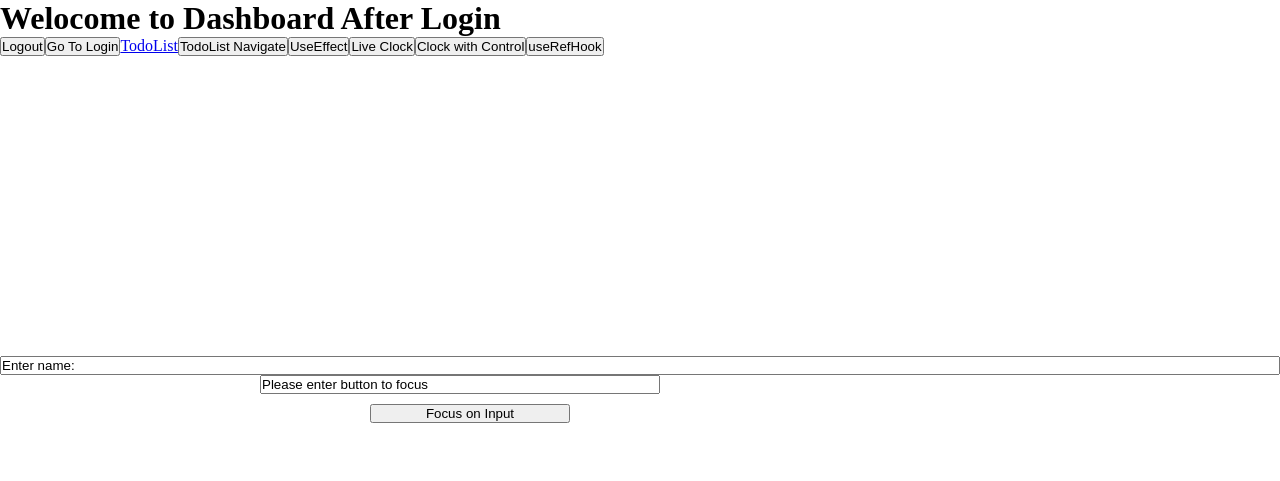
Repository: harshrathore123/ReactPractice
Page: /dashboard/useRefHook (app in my-app/)
These files come from the project's save history. The page is drawn as it stood at one moment and after the next save; the edit follows.
The browser window is 1280 px wide. The pictures show the whole page.
The project was rebuilt for these pictures with package versions that can differ from the ones it lists, and the page was loaded fresh each time. Also part of the build but not shown: my-app/vite.config.js, my-app/src/component/Desctructuing.jsx, my-app/src/component/FirstName.jsx, my-app/src/component/Increment.jsx, my-app/src/component/Event.jsx, my-app/src/component/Form.jsx, my-app/src/component/Rendering.jsx, my-app/src/component/RenderingList.jsx and 7 more.

Above is the page before, as saved 2025-10-13 12:57:43.

### my-app/src/App.jsx
import './App.css';
import Destructuring from './component/Desctructuing';
import FirstName from './component/FirstName';
import Increment from './component/Increment';
import Event from './component/Event';
import Form from './component/Form';
import Rendering from './component/Rendering';
import RenderingList from './component/RenderingList';
import TodoList from './component/TodoList';
import {BrowserRouter, Routes, Route} from 'react-router-dom';
import Products from './component/Products';
import ProductDetails from './component/ProductDetails';
import Login from './component/Login';
import Dashboard from './component/Dashboard';
import UseEffect from './component/use_Effect';
import UseState_UseEffect from './component/Hooks/UseState_UseEffect';
import ClockWithControl from './component/Hooks/ClockWithControl';
import UseRefHook from './component/Hooks/useRefHook';

function App() {
  return (
    <>
    {/* <FirstName name="Harsh Rathore" age="23"/>
    <Destructuring batch="mern" internship_exp="4month"/>
    <Increment/>
    <Event intro="Hi I am harsh rathore"/>
    <Form/>
    <Rendering isLoggedIn={false}/>
    <RenderingList/>

    <TodoList/> */}
  <BrowserRouter>
      <Routes>
        {/* Parent route for products */}
        <Route path="/products" element={<Products />}>
          {/* Nested route inside /products */}
          <Route path=":id" element={<ProductDetails />} />
        </Route>

        <Route path='/login' element={<Login/>}/>
        <Route path='/dashboard' element={<Dashboard/>}>
        {/* Nested another component inside dashboard */}
          <Route path='todolist' element={<TodoList/>}/>
          <Route path='useeffect' element={<UseEffect/>}/>
          <Route path='live_clock' element={<UseState_UseEffect/>}/>
          <Route path='clockwithcontrol' element={<ClockWithControl/>}/>
          <Route path='useRefHook' element={<UseRefHook/>}/>
        </Route>

      </Routes>
    </BrowserRouter>


    </>
  )
}

export default App

### my-app/src/component/Dashboard.jsx
import { Link,Outlet, useNavigate } from "react-router-dom"
export default function Dashboard(){
    const navigate = useNavigate();
    const gotoLogin = () =>{
        navigate('/login');
    }

    const todolistNavigate = () =>{
        navigate('/dashboard/todolist');
    }

    return(
        <>
        <h1>Welocome to Dashboard After Login</h1>

        <button onClick={()=>navigate('/login')}>Logout</button>
        <button onClick={gotoLogin}>Go To Login</button>

        <Link to="todolist">TodoList</Link>
        <button onClick={todolistNavigate}>TodoList Navigate</button>
        <button onClick={()=>navigate('/dashboard/useeffect')}>UseEffect</button>
        <button onClick={()=>navigate('/dashboard/live_clock')}>Live Clock</button>
        <button onClick={()=>navigate('/dashboard/clockwithcontrol')}>Clock with Control</button>
        <button onClick={()=>navigate('/dashboard/useRefHook')}>useRefHook</button>
        <Outlet/>
        </>
    )
}

### my-app/src/component/Hooks/useRefHook.jsx
import { useState } from "react";
import { useRef } from "react"

export default function UseRefHook(){
    const [data,setData] =  useState("");
    const refe = useRef(null);

    const focusInput = () =>{
        refe.current.focus();
        refe.current.value = data;
    }
    return(
        <>
        <div className="coainer" style={{display:"flex",justifyContent:"center",alignContent:"center",marginTop:"300px",flexDirection:"column"}}>
        <input type="text" placeholder="Enter name:" value={data} onChange={(e)=>setData(e.target.value)}/>
        <input ref={refe} type="text" placeholder="Please enter button to focus" style={{width:"400px",marginLeft:"260px"}} />
        <button onClick={focusInput} style={{width:"200px",marginLeft:"370px",marginTop:"10px"}}>Focus on Input</button>
        </div>

        </>
    )
}

### my-app/src/component/TodoList.css
*{
    margin: 0;
    padding: 0;
    box-sizing: border-box;
}

.container{
    width: 100%;
    height: 100vh;
    background-image: url('https://encrypted-tbn0.gstatic.com/images?q=tbn:ANd9GcR6epnd0KtuwAaygjj-Ls7D5RjgwV_ijX_qUQ&s');
    background-repeat: no-repeat;
    background-size: cover;
    position:relative;
}

.todobox{
    width: 400px;
    height: auto;
    position: absolute;
    top: 100px;
    left:200px;
    background: transparent;
    border-radius: 20px;
    box-shadow: 0 0 20px black;
}

#headline{
    text-align: center;
    padding: 20px;
    color: blue;
}

#task{
    width: 350px;
    height: 38px;
    border-radius: 20px;
    border: 2px solid blue;
    position: absolute;
    left: 30px;
    top: 90px;
    padding: 20px;
    outline:none;
}

input::placeholder{
    color: black;
}

input:hover{
    outline: none;
}

.addtask{
    position: absolute;
    top:91px;
    right: 20px;
    width: 80px;
    height: 41px;
    border-radius: 20px;
    border: none;
    padding: 10px;
    background: transparent;
    outline: none;
    cursor: pointer;
    background-color: blue;
    color: white;
}

.ul_list {
  margin-top: 90px;
  list-style: none;
  padding: 30px;
}

.ul_list li {
  padding: 10px;
  background: #f4f4f4;
  margin-bottom: 8px;
  border-radius: 5px;
  display: flex;
  justify-content: space-between;
  align-items: center;
}

Loaded but not shown: my-app/index.html (common file); my-app/src/main.jsx (common file); my-app/src/App.css (common file)

After the next save:
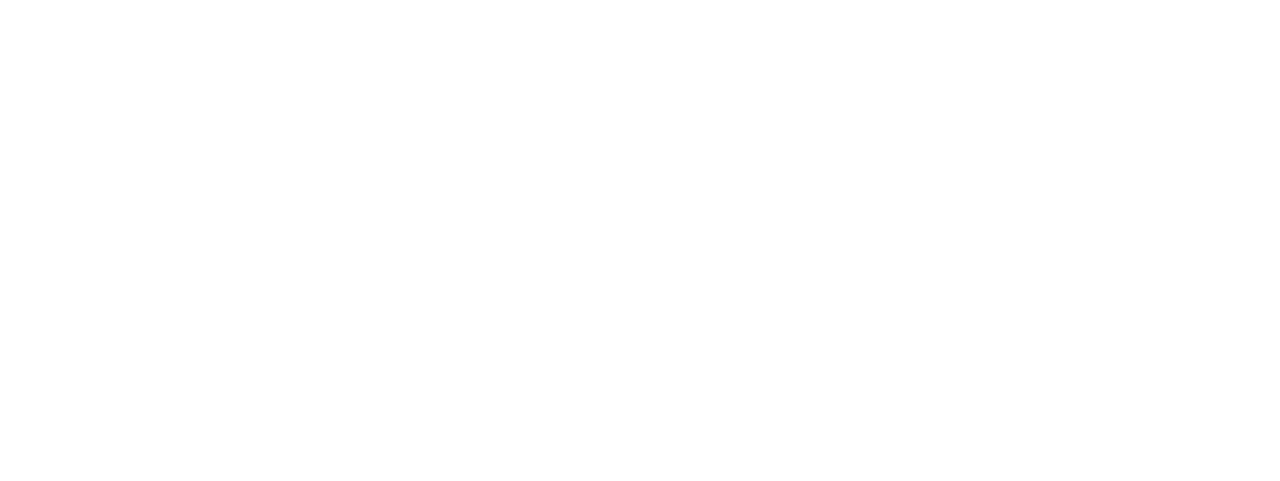
Console error: ReferenceError: handleclick is not defined
Saved 2 min 6 s later.
--- a/my-app/src/component/Hooks/useRefHook.jsx
+++ b/my-app/src/component/Hooks/useRefHook.jsx
@@ -15,6 +15,7 @@
         <input type="text" placeholder="Enter name:" value={data} onChange={(e)=>setData(e.target.value)}/>
         <input ref={refe} type="text" placeholder="Please enter button to focus" style={{width:"400px",marginLeft:"260px"}} />
         <button onClick={focusInput} style={{width:"200px",marginLeft:"370px",marginTop:"10px"}}>Focus on Input</button>
+        <button onClick={handleclick}>Click Me</button>
         </div>
 
         </>

After the save that followed:
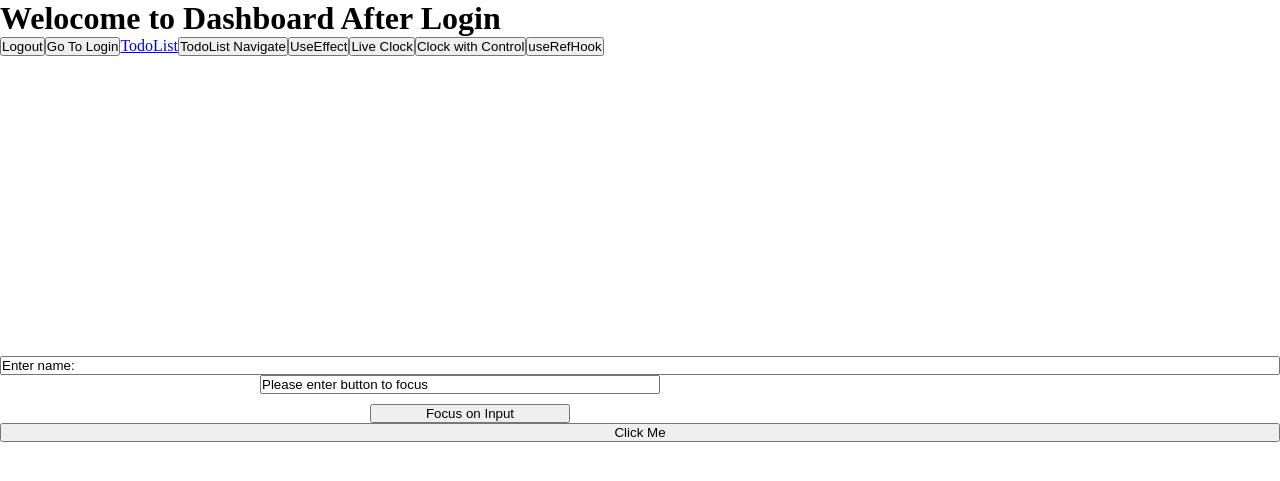
The error is gone.
Saved 37 s later.
--- a/my-app/src/component/Hooks/useRefHook.jsx
+++ b/my-app/src/component/Hooks/useRefHook.jsx
@@ -8,6 +8,11 @@
     const focusInput = () =>{
         refe.current.focus();
         refe.current.value = data;
+    }
+
+    const handleclick = () =>{
+        refe.current++;
+        console.log("Clicked",refe.current);
     }
     return(
         <>
